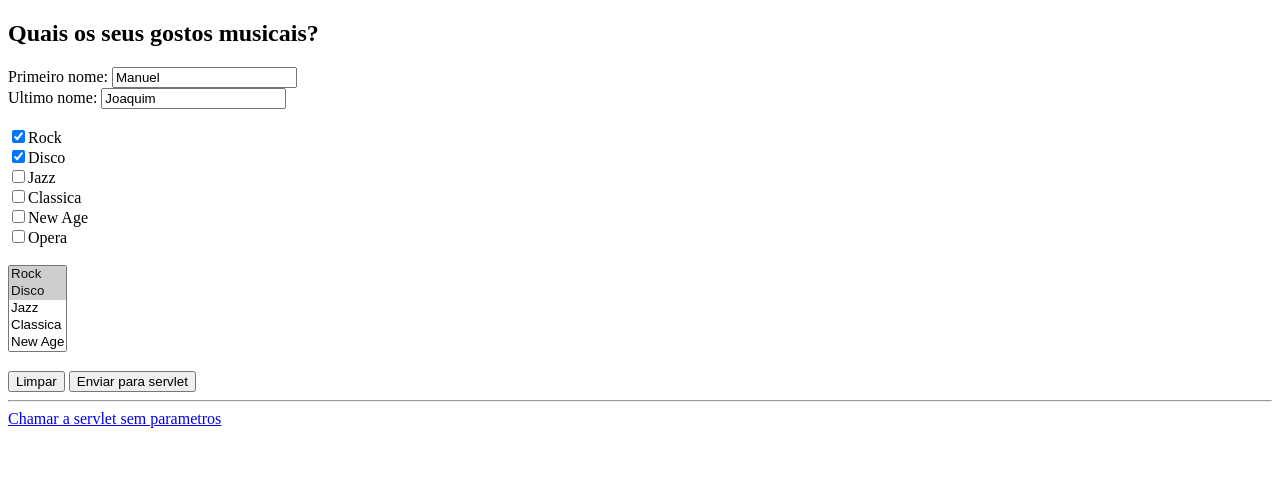
Repository: chuinga/JavaWebAppsDevelopment
Page: JavaWeb/src/main/webapp/AnalisarPedidoHTTP.html
These files come from the project's save history. The page is drawn as it stood at one moment and after the next save; the edit follows.
The browser window is 1280 px wide. The pictures show the whole page.

Above is the page before, as saved 2024-06-29 14:04:14.

After the next save:
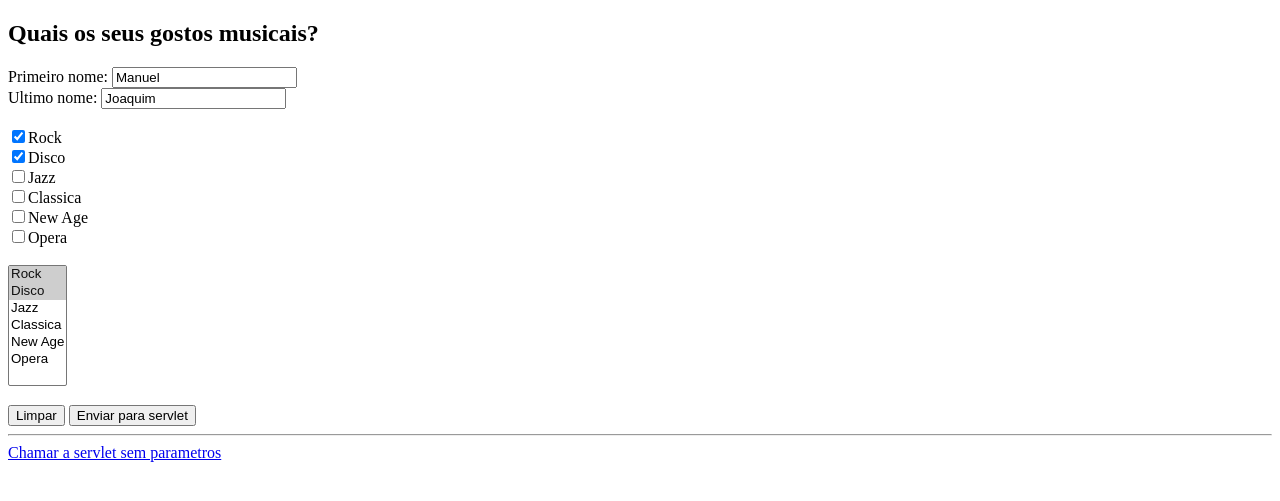
Saved 10 s later.
--- a/JavaWeb/src/main/webapp/AnalisarPedidoHTTP.html
+++ b/JavaWeb/src/main/webapp/AnalisarPedidoHTTP.html
@@ -18,7 +18,7 @@
         <input type="checkbox" name="checkboxMusica" value="New Age">New Age<br>
         <input type="checkbox" name="checkboxMusica" value="Opera">Opera<br>
         <br>
-        <select name="listaEscolhaMusica" multiple size="5">
+        <select name="listaEscolhaMusica" multiple size="7">
             <option value="Rock" selected>Rock</option>
             <option value="Disco" selected>Disco</option>
             <option value="Jazz" >Jazz</option>
